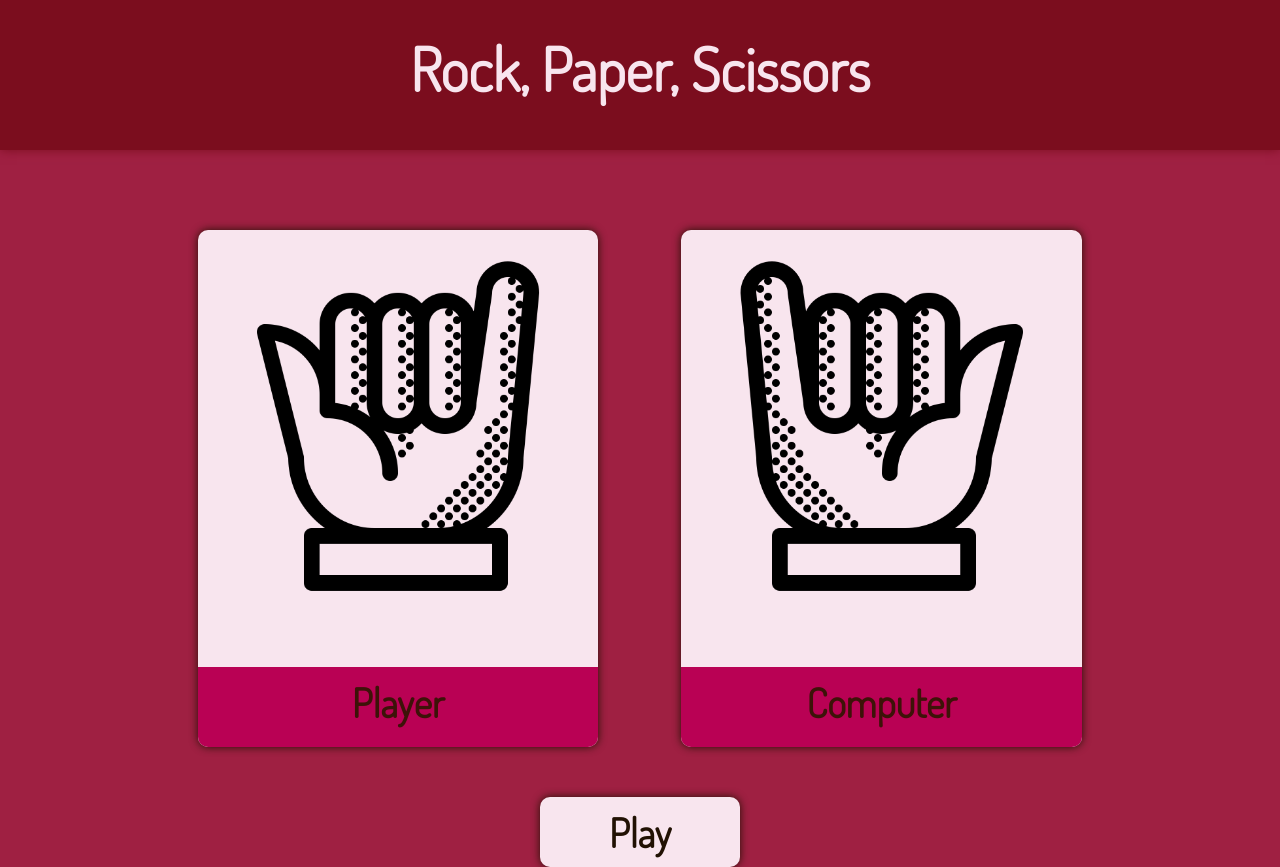
Repository: shayanabedi98/rock-paper-scissors
Page: index.html
The author's editor kept a copy of each file at every save. The page is drawn from the files as they stood at one save, then again after the next save.
The browser window is 1280 px wide. The pictures show the whole page.

Above is the page before, as saved 2023-07-13 20:03:00.

After the next save:
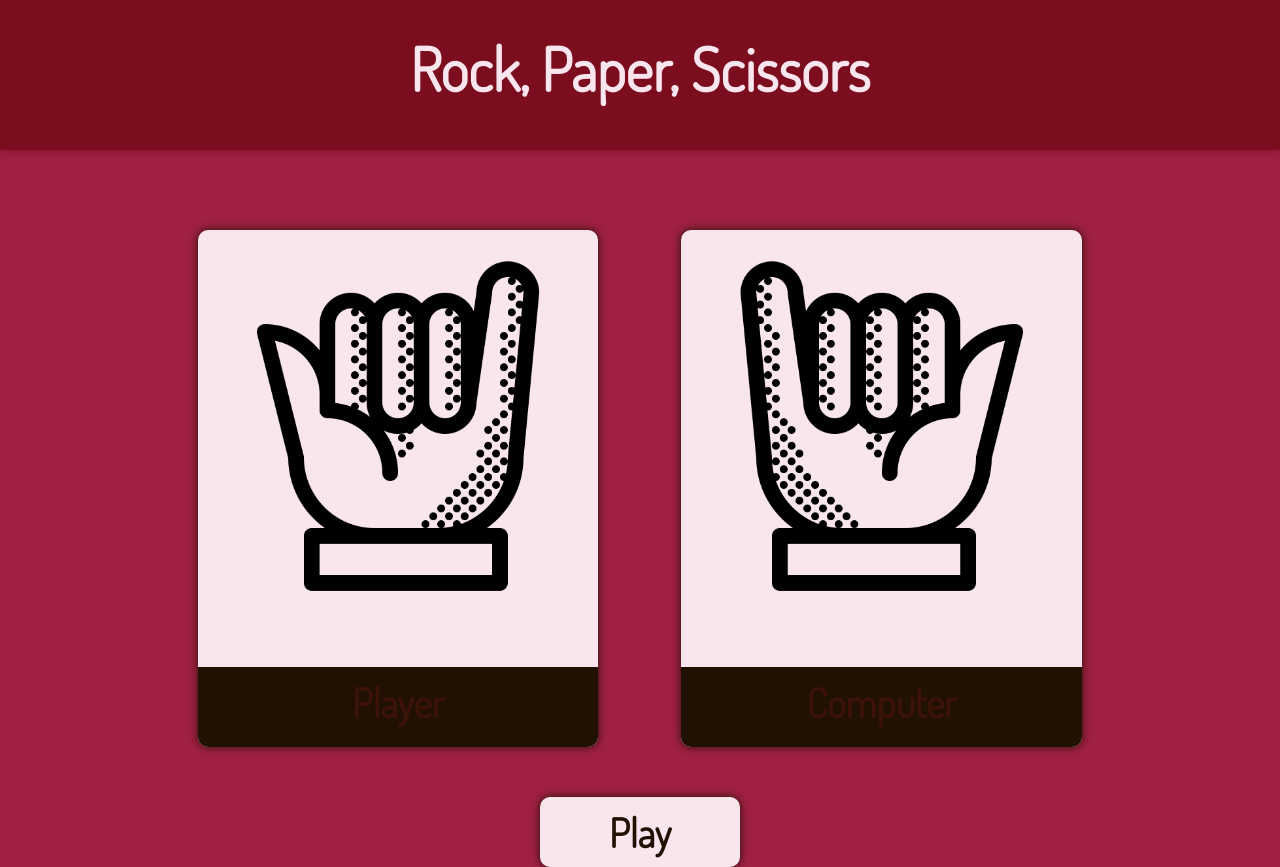
Saved 5 s later.
--- a/styles.css
+++ b/styles.css
@@ -41,7 +41,7 @@ h1 {
 .card h2 {
     font-size: 40px;
     color: #3D1308;
-    background-color: #b90154;
+    background-color: #211103;
     margin-bottom: 0;
     height: 70px;
     padding-top: 10px;
